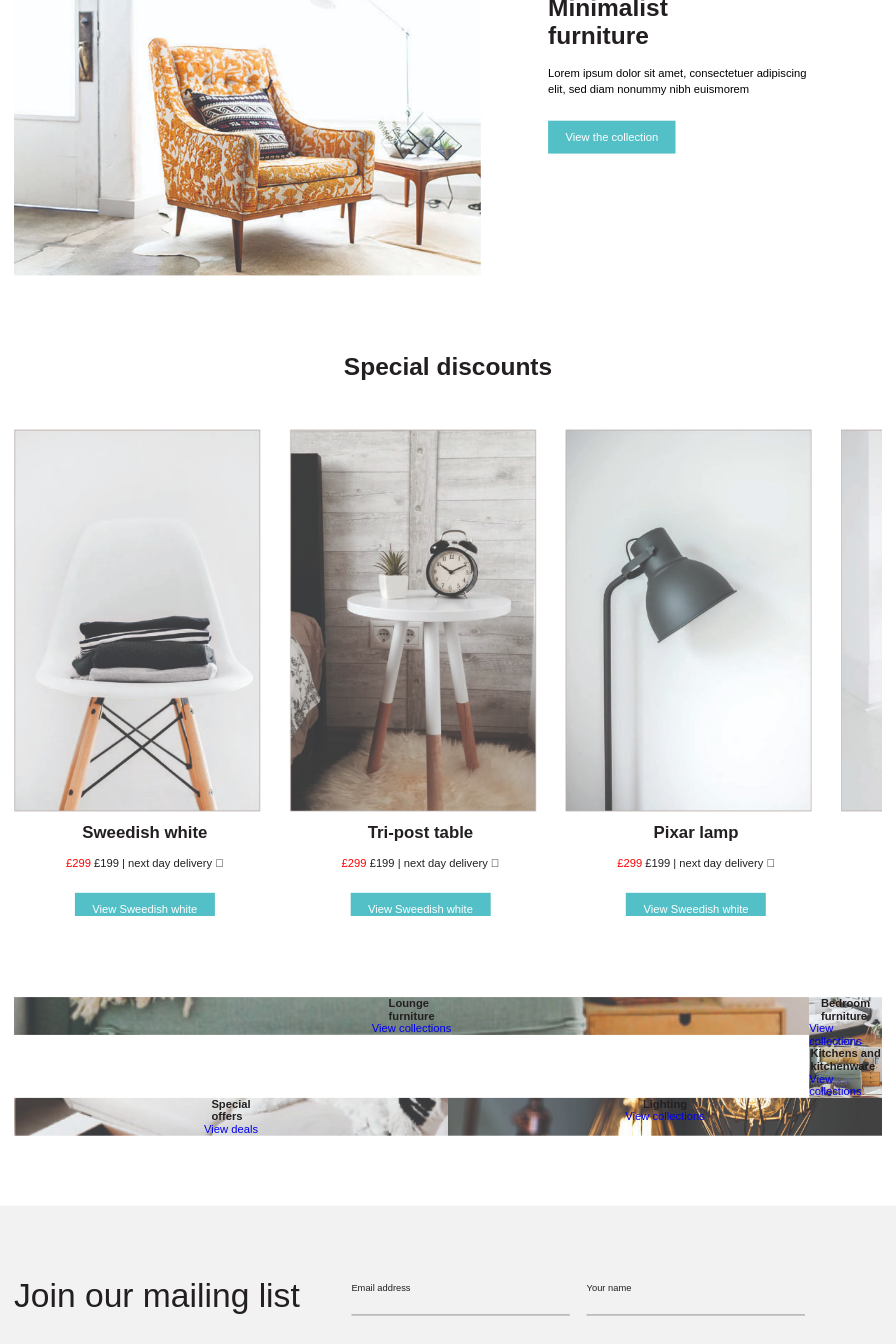
Repository: dinhhaidh/republic-web
Page: index.html
These files come from the project's save history. The page is drawn as it stood at one moment and after the next save; the edit follows.
The browser window is 1280 px wide. The pictures show the part of the page from y = 1029 to 2949 px (the page is 3734 px tall), at 70% of full size.
Some web fonts or font styles are not loaded; a fallback is used. Some web libraries are served in a nearby version.

Above is the page before, as saved 2024-01-26 08:59:18.

### index.html
<!DOCTYPE html>
<html lang="en">
<head>
    <meta charset="UTF-8">
    <meta name="viewport" content="width=device-width, initial-scale=1.0">

    <!--=============== FAVICON ===============-->
    <link rel="shortcut icon" href="assets/img/favicon.png" type="image/x-icon">

    <!--=============== REMIXICONS ===============-->
    <link rel="stylesheet" href="https://cdn.jsdelivr.net/npm/remixicon@4.1.0/fonts/remixicon.min.css">

    <link
    rel="stylesheet"
    href="https://cdn.jsdelivr.net/npm/swiper@11/swiper-bundle.min.css"
  />

    <!--=============== CSS ===============-->
    <link rel="stylesheet" href="style.css">

    <title>Responsive </title>
</head>
<body>
    <!--==================== HEADER ====================-->
    <header class="header" id="header">
        <nav class="nav container">
            <div href="#" class="nav__logo">
                <img src="./img/logo.jpg" alt="image" class="nav__img">
            </div>
            <div class="nav__menu" id="nav-menu">
                <ul class="nav__list">
                    <li class="nav__item">
                        <a href="#home" class="nav__link">Home</a>
                    </li>
                    <li class="nav__item">
                        <a href="#bedroom" class="nav__link">Bedroom</a>
                    </li>
                    <li class="nav__item">
                        <a href="#lounge" class="nav__link">Lounge</a>
                    </li>
                    <li class="nav__item">
                        <a href="#kitchen" class="nav__link">Kitchen</a>
                    </li>
                    <li class="nav__item">
                        <a href="#lighting" class="nav__link">Lighting</a>
                    </li>
                </ul>
                <div class="nav__close" id="nav-close">
                    <i class="ri-close-line"></i>
                </div>
                <form action="" class="nav__button">
                    <div class="button">
                        <input type="text" placeholder="Find something..." class="form-control">
                        <i class="ri-search-line button__search"></i>
                    </div>
                    <div class="shopping">
                        <i class="ri-shopping-cart-line "></i>
                        <span class="shopping__quantity">0</span>
                    </div>
                </form>
                <!-- toggle -->
                <div class="nav__toggle" id="nav-toggle">
                    <i class="ri-menu-line"></i>
                </div>
            </div>

        </nav>
    </header>

    <!--==================== MAIN ====================-->
    <main class="main">
        <!--==================== Home  ====================-->
        <section class="home section" id="home">
            <div class="home__container container">
                <div class="home__contennt">
                    <h1 class="home__title">Premium <br> collection</h1>
                    <p class="home__desc">
                        Lorem ipsum dolor sit amet, consectetuer adipiscing elit, sed diam nonummy nibh euismorem ipsum dolor sit amet, consectetuer adipiscing elit
                    </p>
                    <h4>£2,300</h4>
                    <a href="#" class="button__link">View the collection</a>
                </div>
                <div class="home__images">
                    <img src="./img/hom1.jpg" alt="" class="home__image">
                    <div class="home__span">
                        <span><a href="">Lorem ipsum dolor sit amet</a>    £2,300</span>
                        <span><a href="#"> Consectetuer adsed diam</a>    £2,300</span>
                    </div>
                </div>
            </div>
        </section>

        <!--==================== Bedroom ====================-->
        <section class="bedroom section" id="bedroom">
            <div class="bedroom__container container swiper">
                <div class="swiper-wrapper">
                    <div class="bedroom__main swiper-slide">
                        <div class="bedroom__images">
                            <img src="./img/funitire1.jpg" alt="" class="bedroom__image">
                        </div>
                        <div class="bedroom__content">
                            <span>Living room</span>
                            <div class="bedroom-brick"></div>
                            <h2 class="bedroom__title">Minimalist <br>
                                furniture</h2>
                            <p class="bedroom__desc">
                                Lorem ipsum dolor sit amet, consectetuer adipiscing elit, sed diam nonummy nibh euismorem
                            </p>
                            <a href="#" class="button__link">View the collection</a>
                        </div>
                    </div>
                    <div class="bedroom__main swiper-slide">
                        <div class="bedroom__images">
                            <img src="./img/finiture2.jpg" alt="" class="bedroom__image">
                        </div>
                        <div class="bedroom__content">
                            <span>Living room</span>
                            <div class="bedroom-brick"></div>
                            <h2 class="bedroom__title">Minimalist <br>
                                furniture</h2>
                            <p class="bedroom__desc">
                                Lorem ipsum dolor sit amet, consectetuer adipiscing elit, sed diam nonummy nibh euismorem
                            </p>
                            <a href="#" class="button__link">View the collection</a>
                        </div>
                    </div>
                    <div class="bedroom__main swiper-slide">
                        <div class="bedroom__images">
                            <img src="./img/funitire1.jpg" alt="" class="bedroom__image">
                        </div>
                        <div class="bedroom__content">
                            <span>Living room</span>
                            <div class="bedroom-brick"></div>
                            <h2 class="bedroom__title">Minimalist <br>
                                furniture</h2>
                            <p class="bedroom__desc">
                                Lorem ipsum dolor sit amet, consectetuer adipiscing elit, sed diam nonummy nibh euismorem
                            </p>
                            <a href="#" class="button__link">View the collection</a>
                        </div>
                    </div>
                </div>
            </div>
        </section>

        <!--==================== Lounge  ====================-->
        <section class="lounge  section" id="lounge">
            <h2 class="lounge-title">Special discounts</h2>
            <div class="lounge__container container swiper">
                <div class="swiper-wrapper">
                    <div class="swiper-slide">
                        <article class=" lounge__card">
                            <img src="./img/special1.jpg" alt="" class="lounge__img">
                            <h3>Sweedish white</h3>
                            <h4><span>£299</span> £199  |  next day delivery  </h4>
                            <a href="#" class="button__link lounge__button">View Sweedish white</a>
                        </article>
                    </div>
                    <div class="swiper-slide">
                        <article class=" lounge__card swiper-slide">
                            <img src="./img/special2.jpg" alt="" class="lounge__img">
                            <h3>Tri-post table</h3>
                            <h4><span>£299</span> £199  |  next day delivery  </h4>
                            <a href="#" class="button__link lounge__button">View Sweedish white</a>
                        </article>
                    </div>
                    <article class=" lounge__card swiper-slide">
                        <img src="./img/special3.jpg" alt="" class="lounge__img">
                        <h3>Pixar lamp</h3>
                        <h4><span>£299</span> £199  |  next day delivery  </h4>
                        <a href="#" class="button__link lounge__button">View Sweedish white</a>
                    </article>
                    <div class="swiper-slide">
                        <article class="lounge__card">
                            <img src="./img/special4.jpg" alt="" class="lounge__img">
                            <h3>Sweedish white</h3>
                            <h4><span>£299</span> £199  |  next day delivery  </h4>
                            <a href="#" class="button__link lounge__button">View Sweedish white</a>
                        </article>
                    </div>
                    <div class="swiper-slide">
                        <article class=" lounge__card">
                            <img src="./img/special1.jpg" alt="" class="lounge__img">
                            <h3>Sweedish white</h3>
                            <h4><span>£299</span> £199  |  next day delivery  </h4>
                            <a href="#" class="button__link lounge__button">View Sweedish white</a>
                        </article>
                    </div>

                </div>
            </div>
        </section>

        <!--==================== Kitchen ====================-->
        <section class="kitchen  section" id="kitchen">
            <div class="kitchen__container container ">
                <div class="kitchen__content">
                    <div class="kitchen__img kitchen__special">
                        <!-- <img src="./img/special5.jpg"  alt="Kitchen image" class="kitchen__one"> -->
                        <div class="kitchen__img__one kitchen-img-top kitchen__collections">
                            <h4>Lounge <br> furniture</h4>
                            <a href="#">View collections</a>
                        </div>
                    </div>
                    <div class="kitchen__image">
                        <div class="kitchen__furniture kitchen__specia">
                            <!-- <img src="./img/special6.jpg"  alt="Kitchen image"> -->
                            <div class="kitchen-img__view kitchen__collections">
                                <h4>Bedroom <br> furniture</h4>
                                <a href="#">View collections</a>
                            </div>
                        </div>
                        <div class="kitchen__special">
                            <!-- <img src="./img/special7.jpg"  alt="Kitchen image"> -->
                            <div class="kitchen__img3 kitchen__collections">
                                <h4>Kitchens and<br> kitchenware</h4>
                                <a href="#">View collections</a>
                            </div>
                        </div>
                    </div>
                </div>
            </div>
            <div class="Kitchen__main container grid">
                <div class="Kitchen__img1">
                    <div class="kitchen__special kitchen__kitchenware">
                        <!-- <div class="kitchen__for"><img src="./img/special8.jpg" alt="Kitchen image"></div> -->
                        <div class="kitchen__imag4 kitchen__collections">
                            <h4>Special<br>offers</h4>
                            <a href="#">View deals</a>
                        </div>
                    </div>
                    <div class="kitchen__special kitchen__kitchenwares">
                        <!-- <img src="./img/special9.jpg"  alt="Kitchen image"> -->
                        <div class="kitchen__img5 kitchen__collections">
                            <h4>Lighting</h4>
                            <a href="#">View collections</a>
                        </div>
                    </div>
                </div>
            </div>
        </section>

        <!-- <section class="kitchen" id="kitchen">
            <div class="kitchen__container container">
                <div class="kitchen__chekin grid">
                    <div class="kitchen__item">
                        <img src="./img/special5.jpg" alt="">
                        <div class="kitchen__img__one kitchen-img-top">
                            <h4>Lounge <br> furniture</h4>
                            <a href="#">View collections</a>
                        </div>
                    </div>
                    <div class="kitchen__item">
                        <img src="./img/special6.jpg"  alt="Kitchen image">
                        <div class="kitchen-img__view">
                            <h4>Bedroom <br> furniture</h4>
                            <a href="#">View collections</a>
                        </div>
                    </div>
                    <div class="kitchen__item">
                        <img src="./img/special7.jpg"  alt="Kitchen image">
                        <div class="kitchen__img3">
                            <h4>Kitchens and<br> kitchenware</h4>
                            <a href="#">View collections</a>
                        </div>
                    </div>
                </div>
                <div class="kitchen__content container">
                    <div class="kitchen__item">
                        <img src="./img/special8.jpg" alt="Kitchen image">
                        <div class="kitchen__imag4">
                            <h4>Special<br>offers</h4>
                            <a href="#">View deals</a>
                        </div>
                    </div>
                    <div class="kitchen__item">
                        <img src="./img/special9.jpg"  alt="Kitchen image">
                        <div class="kitchen__img5">
                            <h4>Lighting</h4>
                            <a href="#">View collections</a>
                        </div>
                    </div>
                </div>
            </div>
        </section> -->

        <!--==================== Lighting ====================-->
        <section class="lighting  section" id="lighting">
            <div class="lighting__container container">
                <div class="lighting__list">
                    <h2 class="lighting__heading">Join our mailing list</h2>
                    <p class="lighting__desc">Lorem ipsum dolor sit amet, consectetuer adipiscing elit, sed nonummy nibh euismorem Lorem ipsum dolor sit amet, consectetuer adipiscing elit, sed diam nonummy nibh.</p>
                </div>
                <div class="lighting__form">
                    <form action="" class="lighting__input">
                        <input type="text" placeholder="Email address" class="form__contro">
                        <input type="name" placeholder="Your name" class="form__control">
                    </form>
                    <a href="#" class="lighting__button">Submit</a>
                </div>
            </div>
        </section>
    </main>

    <!--==================== FOOTER ====================-->
    <footer class="footer">
        <div class="footer__container container">
            <div class="footer__content grid">
                <div class="footer__data">
                    <h3 class="footer__title">Departments</h3>
                    <ul class="footer__list">
                        <li class="footer__links">
                            <a href="#" class="footer__link">Living room</a>
                        </li>
                        <li class="footer__links">
                            <a href="#" class="footer__link">Sofas/chairs</a>
                        </li>
                        <li class="footer__links">
                            <a href="#" class="footer__link">Lorem ipsum</a>
                        </li>
                        <li class="footer__links">
                            <a href="#" class="footer__link">Dolor sit amet</a>
                        </li>
                        <li class="footer__links">
                            <a href="#" class="footer__link">Consectetuer</a>
                        </li>
                        <li class="footer__links">
                            <a href="#" class="footer__link">Bathoom</a>
                        </li>
                        <li class="footer__links">
                            <a href="#" class="footer__link">Sofas/chairs</a>
                        </li>
                        <li class="footer__links">
                            <a href="#" class="footer__link">Lorem ipsum</a>
                        </li>
                    </ul>
                </div>
                <div class="footer__data footer__item">
                    <ul class="footer__list">
                        <li class="footer__links">
                            <a href="#" class="footer__link">Living room</a>
                        </li>
                        <li class="footer__links">
                            <a href="#" class="footer__link">Sofas/chairs</a>
                        </li>
                        <li class="footer__links">
                            <a href="#" class="footer__link">Lorem ipsum</a>
                        </li>
                        <li class="footer__links">
                            <a href="#" class="footer__link">Dolor sit amet</a>
                        </li>
                        <li class="footer__links">
                            <a href="#" class="footer__link">Consectetuer</a>
                        </li>
                        <li class="footer__links">
                            <a href="#" class="footer__link">Bathoom</a>
                        </li>
                        <li class="footer__links">
                            <a href="#" class="footer__link">Sofas/chairs</a>
                        </li>
                        <li class="footer__links">
                            <a href="#" class="footer__link">Lorem ipsum</a>
                        </li>
                    </ul>
                </div>
                <div class="footer__data">
                    <h3 class="footer__title">Contact</h3>
                    <ul class="footer__list">
                        <li class="footer__links">
                            <a href="#" class="footer__link">Customer support</a>
                        </li>
                        <li class="footer__links">
                            <a href="#" class="footer__link">Call 01482 128394</a>
                        </li>
                        <li class="footer__links">
                            <a href="#" class="footer__link">Send us a message</a>
                        </li>
                        <li class="footer__links">
                            <a href="#" class="footer__link">The team</a>
                        </li>
                        <li class="footer__links">
                            <a href="#" class="footer__link">About us</a>
                        </li>
                        <li class="footer__links">
                            <a href="#" class="footer__link">Team careers</a>
                        </li>
                    </ul>
                </div>
            </div>
            <div class="footer__img">
                <div class="footer__brick"></div>
                <div class="footer__circle"></div>
            </div>
            <div class="footer__copy">Made in Hornsea, East Yorkshire, England | www.uirepublic.net</div>
        </div>
    </footer>

    <!--========== SCROLL UP ==========-->

    <script src="https://cdn.jsdelivr.net/npm/swiper@11/swiper-bundle.min.js"></script>


    <!--=============== SCROLLREVEAL ===============-->
    <script src=""></script>

    <!--=============== JQuery ===============-->
    <script src="https://code.jquery.com/jquery-3.7.1.slim.min.js" integrity="sha256-kmHvs0B+OpCW5GVHUNjv9rOmY0IvSIRcf7zGUDTDQM8=" crossorigin="anonymous"></script>

    <!--=============== MAIN JS ===============-->
    <script src="/js/main.js"></script>
</body>
</html>

### js/main.js
$(document).ready(function () {
  $("#nav-toggle").click(function () {
    $("#nav-menu").addClass("show-menu");
  });
  $("#nav-close").click(function () {
    $("#nav-menu").removeClass("show-menu");
  });
  $(window).scroll(function () {
    $("#header").toggleClass("scroll-header", $(this).scrollTop() >= 50);
  });
});
/*=============== SWIPER PRODUCTS ===============*/
var swiperLounge = new Swiper(".lounge__container", {
  // luot lien tuc
  slidesPerView: 3.5,
  spaceBetween: 3,
  grabCursor: true,
  // centeredSlides: true,
  loop: true,
  navigator: {
    nextEl: ".swiper-button-next",
    prevEl: ".swiper-button-prev",
  },
  // lích thước resposive
  breakpoints: {
    220: {
      slidesPerView: 1,
      spaceBetween: 20,
    },
    450: {
      slidesPerView: 1.5,
      spaceBetween: 20,
    },
    640: {
      slidesPerView: 2,
      spaceBetween: 40,
    },
    820: {
      slidesPerView: 3,
      spaceBetween: 40,
    },
    1240: {
      slidesPerView: 3.2,
      spaceBetween: 20,
    }
  }

  // breakpoints: {
  //   "@0.00": {
  //     slidesPerView: 1,
  //     spaceBetween: 10,
  //   },
  //   "@0.75": {
  //     slidesPerView: 2,
  //     spaceBetween: 20,
  //   },
  //   "@1.00": {
  //     slidesPerView: 3,
  //     spaceBetween: 40,
  //   },
  //   "@1.50": {
  //     slidesPerView: 3.5,
  //     spaceBetween: 50,
  //   },
  // },
});

// var swiper = new Swiper(".lounge__container", {
//   // luot lien tuc
//     spaceBetween: 32,
//     grabCursor: true,
//     centeredSlides: true,
//     slidesPerView: "auto",
//     loop: true,

// slidesPerView: 3,
// spaceBetween: 30,
// freeMode: true,
// pagination: {
//   el: ".swiper-pagination",
//   clickable: true,
// },

//   slidesPerView: 3,
//   spaceBetween: 30,
//   centeredSlides: true,
//   pagination: {
//     el: ".swiper-pagination",
//     clickable: true,
//   },
// });


// bedoom
var swiper = new Swiper(".bedroom__container ", {
  spaceBetween: 32,
      grabCursor: true,
      centeredSlides: true,
      slidesPerView: "auto",
      loop: true,

  navigation: {
    nextEl: ".swiper-button-next",
    prevEl: ".swiper-button-prev",
  },
});

Loaded but not shown: style.css (939 lines, source omitted)

After the next save:
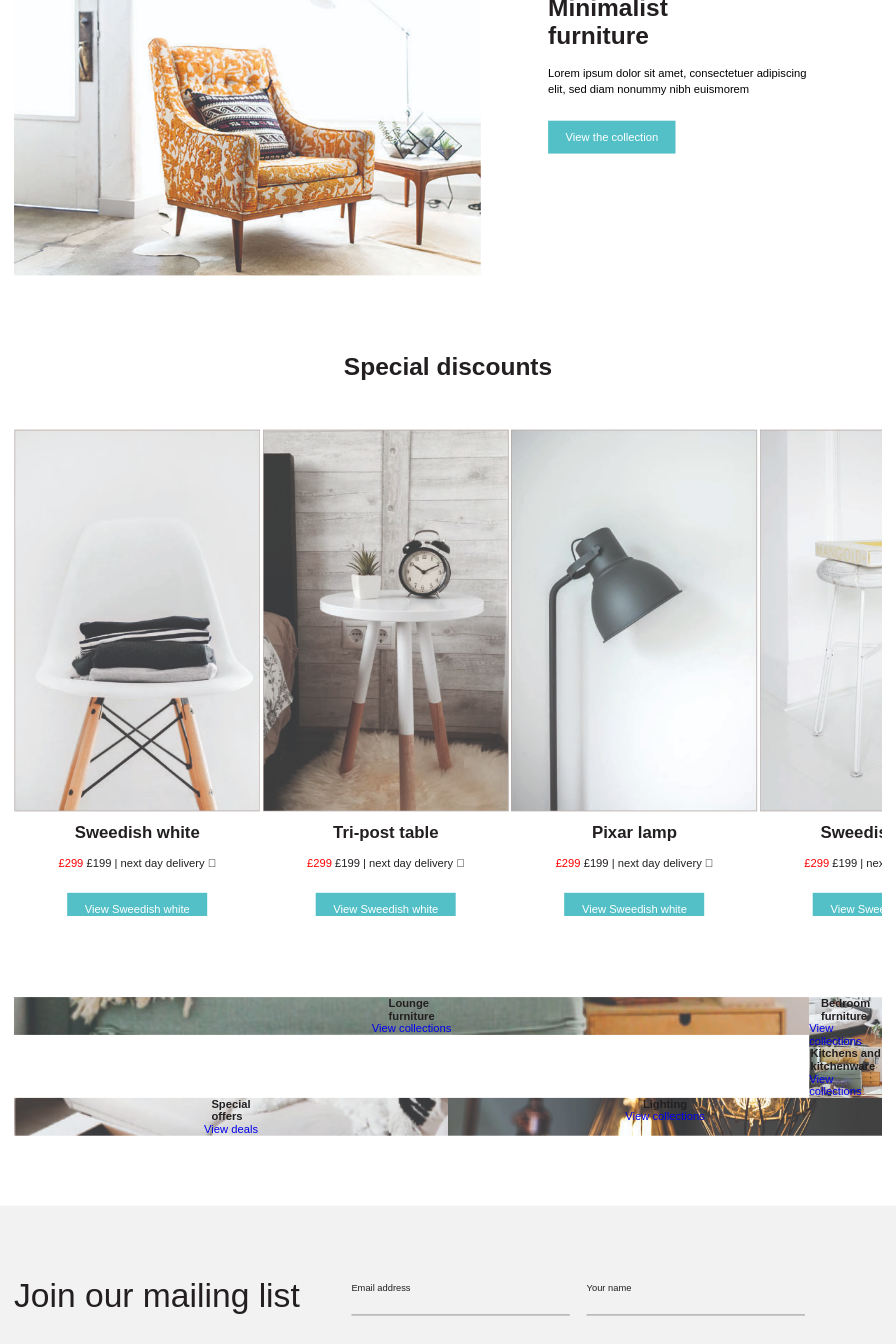
Saved 2 min 2 s later.
--- a/js/main.js
+++ b/js/main.js
@@ -22,28 +22,28 @@ var swiperLounge = new Swiper(".lounge__container", {
     prevEl: ".swiper-button-prev",
   },
   // lích thước resposive
-  breakpoints: {
-    220: {
-      slidesPerView: 1,
-      spaceBetween: 20,
-    },
-    450: {
-      slidesPerView: 1.5,
-      spaceBetween: 20,
-    },
-    640: {
-      slidesPerView: 2,
-      spaceBetween: 40,
-    },
-    820: {
-      slidesPerView: 3,
-      spaceBetween: 40,
-    },
-    1240: {
-      slidesPerView: 3.2,
-      spaceBetween: 20,
-    }
-  }
+  // breakpoints: {
+  //   220: {
+  //     slidesPerView: 1,
+  //     spaceBetween: 20,
+  //   },
+  //   450: {
+  //     slidesPerView: 1.5,
+  //     spaceBetween: 20,
+  //   },
+  //   640: {
+  //     slidesPerView: 2,
+  //     spaceBetween: 40,
+  //   },
+  //   820: {
+  //     slidesPerView: 3,
+  //     spaceBetween: 40,
+  //   },
+  //   1240: {
+  //     slidesPerView: 3.2,
+  //     spaceBetween: 20,
+  //   }
+  // }
 
   // breakpoints: {
   //   "@0.00": {
